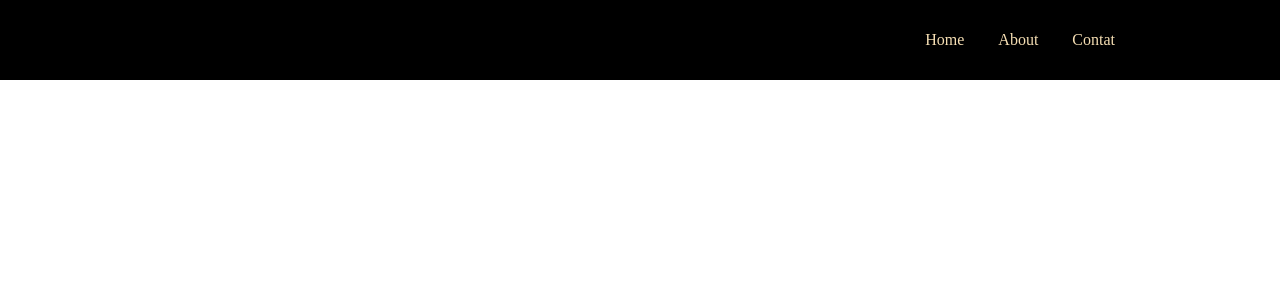
Repository: imokha01/toggleNavBar
Page: index.html
The author's editor kept a copy of each file at every save. The page is drawn from the files as they stood at one save, then again after the next save.
The browser window is 1280 px wide. The pictures show the whole page.

Above is the page before, as saved 2023-12-26 22:31:28.

After the next save:
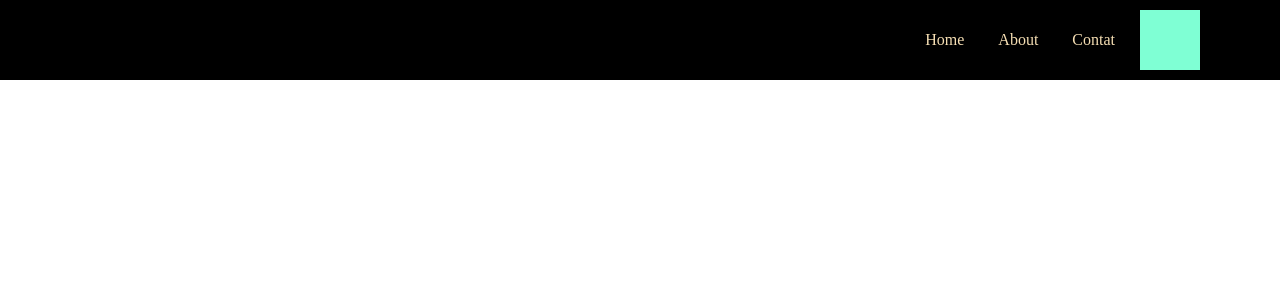
Saved 5 s later.
--- a/style.css
+++ b/style.css
@@ -49,5 +49,5 @@
     top: 0;
     left: 0;
     content: "";
-    background-color: ;
+    background-color: aquamarine;
 }
